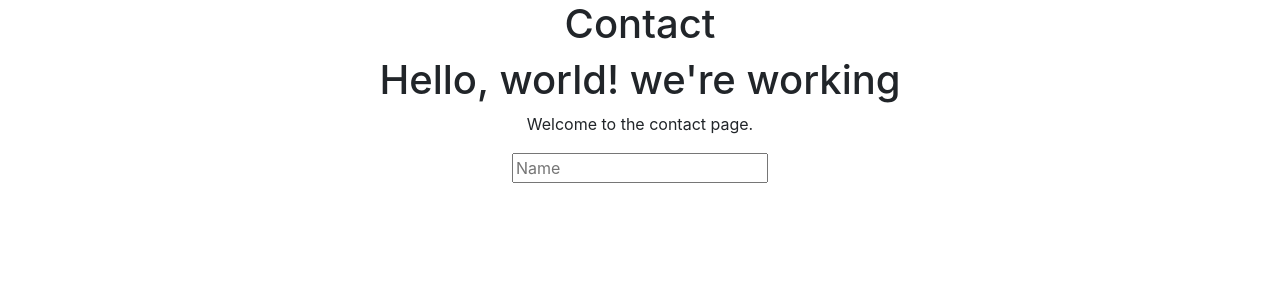
Repository: mjmaix/django101
Page: http://localhost/contact/
The author's editor kept a copy of each file at every save. The page is drawn from the files as they stood at one save, then again after the next save.
The browser window is 1280 px wide. The pictures show the whole page.
Some web libraries are served in a nearby version. The page is served by the project's application, run on Django 2.2 (ecommerce/src/manage.py). Other server files are loaded and not shown.

Above is the page before, as saved 2018-03-31 22:40:29.

### ecommerce/src/ecommerce/views.py
from django.http import HttpResponse
from django.shortcuts import render

def home_page(request):
    context = {
        "title":"Hello World!",
        "content":"Welcome to the homepage."
    }
    return render(request, "home_page.html", context)

def about_page(request):
    context = {
        "title":"About",
        "content":"Welcome to the about page."
    }
    return render(request, "home_page.html", context)

def contact_page(request):
    context = {
        "title":"Contact",
        "content":"Welcome to the contact page."
    }
    return render(request, "contact/view.html", context)

### ecommerce/src/templates/contact/view.html
<!doctype html>
<html lang="en">

<head>
  <!-- Required meta tags -->
  <meta charset="utf-8">
  <meta name="viewport" content="width=device-width, initial-scale=1, shrink-to-fit=no">

  <!-- Bootstrap CSS -->
  <link rel="stylesheet" href="https://maxcdn.bootstrapcdn.com/bootstrap/4.0.0/css/bootstrap.min.css" integrity="sha384-Gn5384xqQ1aoWXA+058RXPxPg6fy4IWvTNh0E263XmFcJlSAwiGgFAW/dAiS6JXm"
    crossorigin="anonymous">

  <title>Hello, world!</title>
</head>

<body>
  <dive class='text-center'>
    <h1>{{ title }}</h1>
    <h1>Hello, world! we're working</h1>
    </div>

    <div class='container'>
      <div class='row'>
        <div class='col'>
          <p>{{ content }}</p>
          <div class='col-sm-6 col-12'></div>
          <form>
            <input class='form -control' type='text' placeholder="Name" name='full_name' />
          </form>
        </div>
      </div>
    </div>

    <!-- Optional JavaScript -->
    <!-- jQuery first, then Popper.js, then Bootstrap JS -->
    <script src="https://code.jquery.com/jquery-3.2.1.slim.min.js" integrity="sha384-KJ3o2DKtIkvYIK3UENzmM7KCkRr/rE9/Qpg6aAZGJwFDMVNA/GpGFF93hXpG5KkN"
      crossorigin="anonymous"></script>
    <script src="https://cdnjs.cloudflare.com/ajax/libs/popper.js/1.12.9/umd/popper.min.js" integrity="sha384-ApNbgh9B+Y1QKtv3Rn7W3mgPxhU9K/ScQsAP7hUibX39j7fakFPskvXusvfa0b4Q"
      crossorigin="anonymous"></script>
    <script src="https://maxcdn.bootstrapcdn.com/bootstrap/4.0.0/js/bootstrap.min.js" integrity="sha384-JZR6Spejh4U02d8jOt6vLEHfe/JQGiRRSQQxSfFWpi1MquVdAyjUar5+76PVCmYl"
      crossorigin="anonymous"></script>
</body>

</html>

### ecommerce/src/ecommerce/urls.py
"""ecommerce URL Configuration

The `urlpatterns` list routes URLs to views. For more information please see:
    https://docs.djangoproject.com/en/1.11/topics/http/urls/
Examples:
Function views
    1. Add an import:  from my_app import views
    2. Add a URL to urlpatterns:  url(r'^$', views.home, name='home')
Class-based views
    1. Add an import:  from other_app.views import Home
    2. Add a URL to urlpatterns:  url(r'^$', Home.as_view(), name='home')
Including another URLconf
    1. Import the include() function: from django.conf.urls import url, include
    2. Add a URL to urlpatterns:  url(r'^blog/', include('blog.urls'))
"""
from django.conf.urls import url
from django.contrib import admin

from .views import home_page, about_page, contact_page

urlpatterns = [
    url(r'^$', home_page),
    url(r'^about/$', about_page),
    url(r'^contact/$', contact_page),
    url(r'^admin/', admin.site.urls),
]

After the next save:
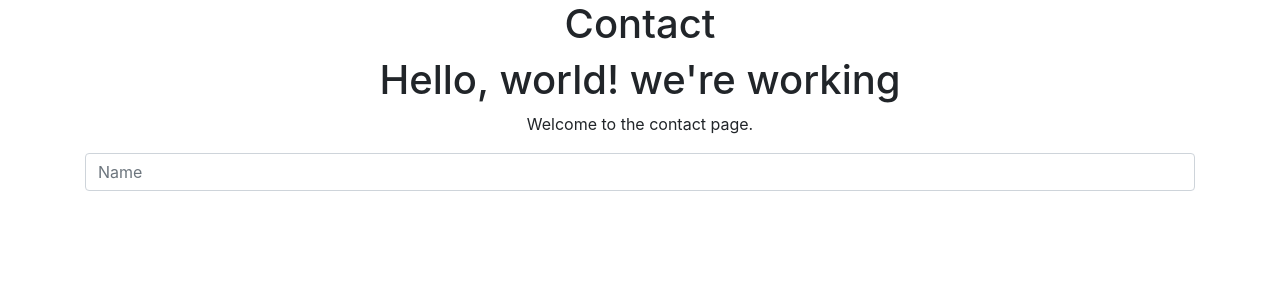
Saved 4 s later.
--- a/ecommerce/src/templates/contact/view.html
+++ b/ecommerce/src/templates/contact/view.html
@@ -25,7 +25,7 @@
           <p>{{ content }}</p>
           <div class='col-sm-6 col-12'></div>
           <form>
-            <input class='form -control' type='text' placeholder="Name" name='full_name' />
+            <input class='form-control' type='text' placeholder="Name" name='full_name' />
           </form>
         </div>
       </div>
